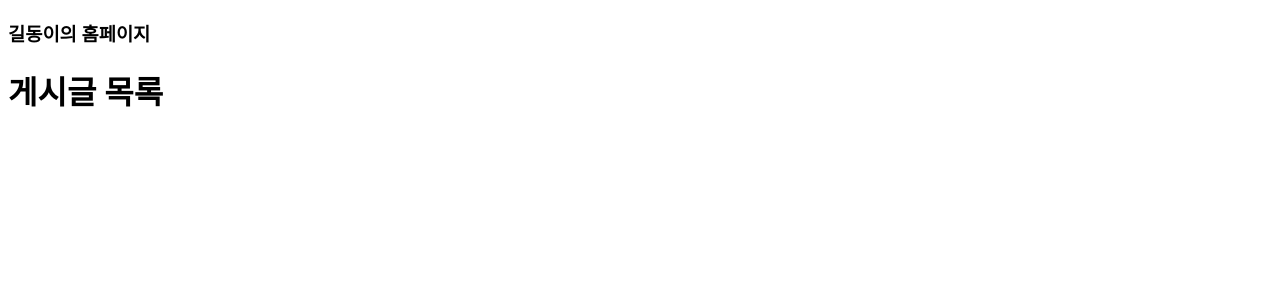
Repository: Parkdolodong/Backend
Page: http://localhost/jsp_servlet_ex04/saram/list.do
The author's editor kept a copy of each file at every save. The page is drawn from the files as they stood at one save, then again after the next save.
The browser window is 1280 px wide. The pictures show the whole page.
The page is served by Tomcat 9.

Above is the page before, as saved 2023-02-28 00:45:28.

After the next save:
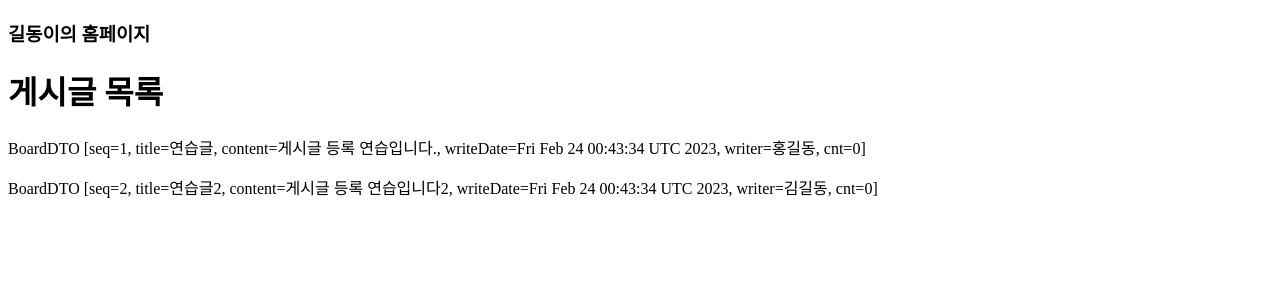
Saved 40 min 32 s later.
--- a/jsp_servlet/jsp_servlet_ex04/webapp/WEB-INF/views/board/list.jsp
+++ b/jsp_servlet/jsp_servlet_ex04/webapp/WEB-INF/views/board/list.jsp
@@ -1,3 +1,5 @@
+<%@page import="org.comstudy.myweb.board.model.BoardDTO"%>
+<%@page import="java.util.ArrayList"%>
 <%@ page language="java" contentType="text/html; charset=UTF-8"
     pageEncoding="UTF-8"%>
 <!DOCTYPE html>
@@ -10,6 +12,12 @@
 
 <h3>길동이의 홈페이지</h3>
 <h1>게시글 목록</h1>
+<%
+ArrayList<BoardDTO> boardList = (ArrayList<BoardDTO>)request.getAttribute("boardList");
+for(BoardDTO board : boardList) {
+	out.println("<p>"+ board.toString() +"</p>");
+}
+%>
 
 </body>
 </html>
